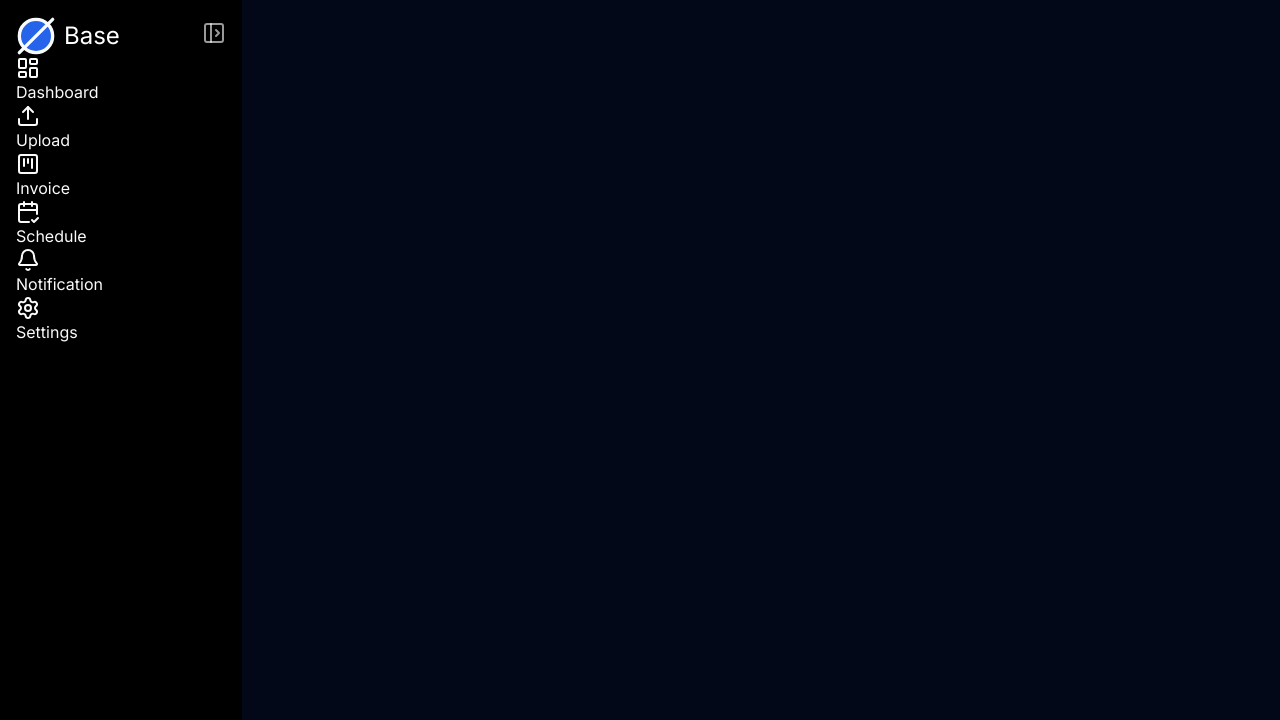
Repository: Hardyy00/openinapp_assignment
Page: /upload
These files come from the project's save history. The page is drawn as it stood at one moment and after the next save; the edit follows.
The browser window is 1280 px wide. The pictures show the whole page.
The project was rebuilt for these pictures with package versions that can differ from the ones it lists, and the page was loaded fresh each time. The framework's server and built-in components were replaced by stand-ins that run in the browser. Also part of the build but not shown: next.config.mjs.

Above is the page before, as saved 2024-08-23 21:52:54.

### app/layout.tsx
import type { Metadata } from "next";
import { Inter } from "next/font/google";
import "./globals.css";
import { ThemeProvider } from "@/components/theme-provider";
import { Switcher } from "./_components/switcher";

const inter = Inter({ subsets: ["latin"] });

export const metadata: Metadata = {
  title: "Create Next App",
  description: "Generated by create next app",
};

export default function RootLayout({
  children,
}: Readonly<{
  children: React.ReactNode;
}>) {
  return (
    <html lang="en">
      <body className={inter.className}>
        <ThemeProvider
          attribute="class"
          defaultTheme="system"
          storageKey="base"
        >
          <Switcher />
          {children}
        </ThemeProvider>
      </body>
    </html>
  );
}

### app/(browse)/layout.tsx
import { Sidebar } from "./_components";

export default function Layout({
  children,
}: Readonly<{ children: React.ReactNode }>) {
  return (
    <div className="w-full h-full flex">
      <Sidebar />
    </div>
  );
}

### app/(browse)/upload/page.tsx
import { auth } from "@/auth";

export default async function Page() {
  const session = await auth();
  return <div>{JSON.stringify(session)}</div>;
}

### app/globals.css
@tailwind base;
@tailwind components;
@tailwind utilities;

html,
body,
:root {
  height: 100%;
}

::-webkit-scrollbar {
  display: none;
}

@layer base {
  :root {
    --background: 0 0% 100%;
    --foreground: 222.2 84% 4.9%;
    --card: 0 0% 100%;
    --card-foreground: 222.2 84% 4.9%;
    --popover: 0 0% 100%;
    --popover-foreground: 222.2 84% 4.9%;
    --primary: 222.2 47.4% 11.2%;
    --primary-foreground: 210 40% 98%;
    --secondary: 210 40% 96.1%;
    --secondary-foreground: 222.2 47.4% 11.2%;
    --muted: 210 40% 96.1%;
    --muted-foreground: 215.4 16.3% 46.9%;
    --accent: 210 40% 96.1%;
    --accent-foreground: 222.2 47.4% 11.2%;
    --destructive: 0 84.2% 60.2%;
    --destructive-foreground: 210 40% 98%;
    --border: 214.3 31.8% 91.4%;
    --input: 214.3 31.8% 91.4%;
    --ring: 222.2 84% 4.9%;
    --radius: 0.5rem;
    --chart-1: 12 76% 61%;
    --chart-2: 173 58% 39%;
    --chart-3: 197 37% 24%;
    --chart-4: 43 74% 66%;
    --chart-5: 27 87% 67%;
    --back: 270 8% 95%;
  }

  .dark {
    --background: 222.2 84% 4.9%;
    --foreground: 210 40% 98%;
    --card: 222.2 84% 4.9%;
    --card-foreground: 210 40% 98%;
    --popover: 222.2 84% 4.9%;
    --popover-foreground: 210 40% 98%;
    --primary: 210 40% 98%;
    --primary-foreground: 222.2 47.4% 11.2%;
    --secondary: 217.2 32.6% 17.5%;
    --secondary-foreground: 210 40% 98%;
    --muted: 217.2 32.6% 17.5%;
    --muted-foreground: 215 20.2% 65.1%;
    --accent: 217.2 32.6% 17.5%;
    --accent-foreground: 210 40% 98%;
    --destructive: 0 62.8% 30.6%;
    --destructive-foreground: 210 40% 98%;
    --border: 217.2 32.6% 17.5%;
    --input: 217.2 32.6% 17.5%;
    --ring: 212.7 26.8% 83.9%;
    --chart-1: 220 70% 50%;
    --chart-2: 160 60% 45%;
    --chart-3: 30 80% 55%;
    --chart-4: 280 65% 60%;
    --chart-5: 340 75% 55%;
    --back: 213 20% 30%;
  }
}

@layer base {
  * {
    @apply border-border;
  }
  body {
    @apply bg-background text-foreground;
  }
}

### app/_components/switcher.tsx
"use client";

import { useTheme } from "next-themes";
import { useEffect } from "react";
import { useMediaQuery } from "usehooks-ts";

export const Switcher: React.FC = () => {
  const { setTheme } = useTheme();
  const matches = useMediaQuery("(max-width:1024px)");

  useEffect(() => {
    if (matches) {
      setTheme("light");
    } else {
      setTheme("dark");
    }
  }, [matches, setTheme]);
  return null;
};

### app/(browse)/_components/index.tsx
import { NavList } from "./nav-list";
import { Toggle } from "./toggle";

export const Sidebar: React.FC = () => {
  return (
    <div className="h-full bg-black p-4 transition-all">
      <Toggle />

      <NavList />
    </div>
  );
};

### app/(browse)/_components/nav-list.tsx
import {
  Bell,
  CalendarCheck2,
  LayoutDashboard,
  Settings,
  SquareKanban,
  Upload,
} from "lucide-react";
import { NavItem } from "./nav-item";

export const NavList: React.FC = () => {
  const links = [
    { label: "Dashboard", path: "/dashboard", icon: LayoutDashboard },
    {
      label: "Upload",
      path: "/upload",
      icon: Upload,
    },

    {
      label: "Invoice",
      path: "/invoice",
      icon: SquareKanban,
    },

    { label: "Schedule", path: "/schedule", icon: CalendarCheck2 },

    { label: "Notification", path: "/notification", icon: Bell },

    { label: "Settings", path: "/settings", icon: Settings },
  ];
  return (
    <div>
      {links.map((item, i) => (
        <NavItem key={i} {...item} />
      ))}
    </div>

    // <div>hii</div>
  );
};

### app/(browse)/_components/toggle.tsx
"use client";
import { Button } from "@/components/ui/button";
import { cn } from "@/lib/utils";
import { useSideBar } from "@/store/use-sidebar";
import { CircleSlash2, SidebarOpen } from "lucide-react";

export const Toggle = () => {
  const { collapse, onCollapse, onExpand } = useSideBar();

  const handleClick = () => {
    if (collapse) {
      onExpand();
    } else {
      onCollapse();
    }
  };
  return (
    <div
      className={cn(
        "w-[210px] flex items-center justify-between transition-all",
        collapse && "w-20"
      )}
    >
      <div className="flex items-center  space-x-2 ">
        <CircleSlash2 className="w-10 h-10 fill-blue-600 " />

        <h1 className={cn("text-white text-2xl", collapse && "hidden")}>
          Base
        </h1>
      </div>

      <div>
        <button onClick={handleClick}>
          <SidebarOpen className="stroke-white/60 hover:stroke-white transition-all" />
        </button>
      </div>
    </div>
  );
};

### app/(browse)/_components/nav-item.tsx
"use client";

import { cn } from "@/lib/utils";
import { useSideBar } from "@/store/use-sidebar";
import { LucideIcon } from "lucide-react";
import { usePathname } from "next/navigation";

interface NavItemProps {
  label: string;
  path: string;
  icon: LucideIcon;
}

export const NavItem: React.FC<NavItemProps> = ({
  icon: Icon,
  label,
  path,
}) => {
  const { collapse } = useSideBar();
  const pathName = usePathname();
  const isSame = pathName === path;

  return (
    <div className={cn("w-full")}>
      <Icon />

      <p className={cn("", isSame && "", collapse && "hidden")}>{label}</p>
    </div>
  );
};

### store/use-sidebar.ts
import { create } from "zustand";

interface Sidebar {
  collapse: boolean;

  onExpand: () => void;
  onCollapse: () => void;
}

export const useSideBar = create<Sidebar>((set) => ({
  collapse: false,
  onExpand: () => {
    set((state) => ({ collapse: false }));
  },
  onCollapse: () => {
    set((state) => ({ collapse: true }));
  },
}));

### tailwind.config.ts
import type { Config } from "tailwindcss";

const config = {
  darkMode: ["class"],
  content: [
    "./pages/**/*.{ts,tsx}",
    "./components/**/*.{ts,tsx}",
    "./app/**/*.{ts,tsx}",
    "./src/**/*.{ts,tsx}",
  ],
  prefix: "",
  theme: {
    container: {
      center: true,
      padding: "2rem",
      screens: {
        "2xl": "1400px",
      },
    },
    extend: {
      colors: {
        border: "hsl(var(--border))",
        input: "hsl(var(--input))",
        ring: "hsl(var(--ring))",
        background: "hsl(var(--background))",
        foreground: "hsl(var(--foreground))",
        primary: {
          DEFAULT: "hsl(var(--primary))",
          foreground: "hsl(var(--primary-foreground))",
        },
        secondary: {
          DEFAULT: "hsl(var(--secondary))",
          foreground: "hsl(var(--secondary-foreground))",
        },
        destructive: {
          DEFAULT: "hsl(var(--destructive))",
          foreground: "hsl(var(--destructive-foreground))",
        },
        muted: {
          DEFAULT: "hsl(var(--muted))",
          foreground: "hsl(var(--muted-foreground))",
        },
        accent: {
          DEFAULT: "hsl(var(--accent))",
          foreground: "hsl(var(--accent-foreground))",
        },
        popover: {
          DEFAULT: "hsl(var(--popover))",
          foreground: "hsl(var(--popover-foreground))",
        },
        card: {
          DEFAULT: "hsl(var(--card))",
          foreground: "hsl(var(--card-foreground))",
        },

        back: {
          DEFAULT: "hsl(var(--back))",
        },
      },
      borderRadius: {
        lg: "var(--radius)",
        md: "calc(var(--radius) - 2px)",
        sm: "calc(var(--radius) - 4px)",
      },
      keyframes: {
        "accordion-down": {
          from: { height: "0" },
          to: { height: "var(--radix-accordion-content-height)" },
        },
        "accordion-up": {
          from: { height: "var(--radix-accordion-content-height)" },
          to: { height: "0" },
        },
      },
      animation: {
        "accordion-down": "accordion-down 0.2s ease-out",
        "accordion-up": "accordion-up 0.2s ease-out",
      },
    },
  },
  plugins: [require("tailwindcss-animate")],
} satisfies Config;

export default config;

Loaded but not shown: components/theme-provider.tsx (common file); auth.ts (common file); lib/utils.ts (common file)

After the next save:
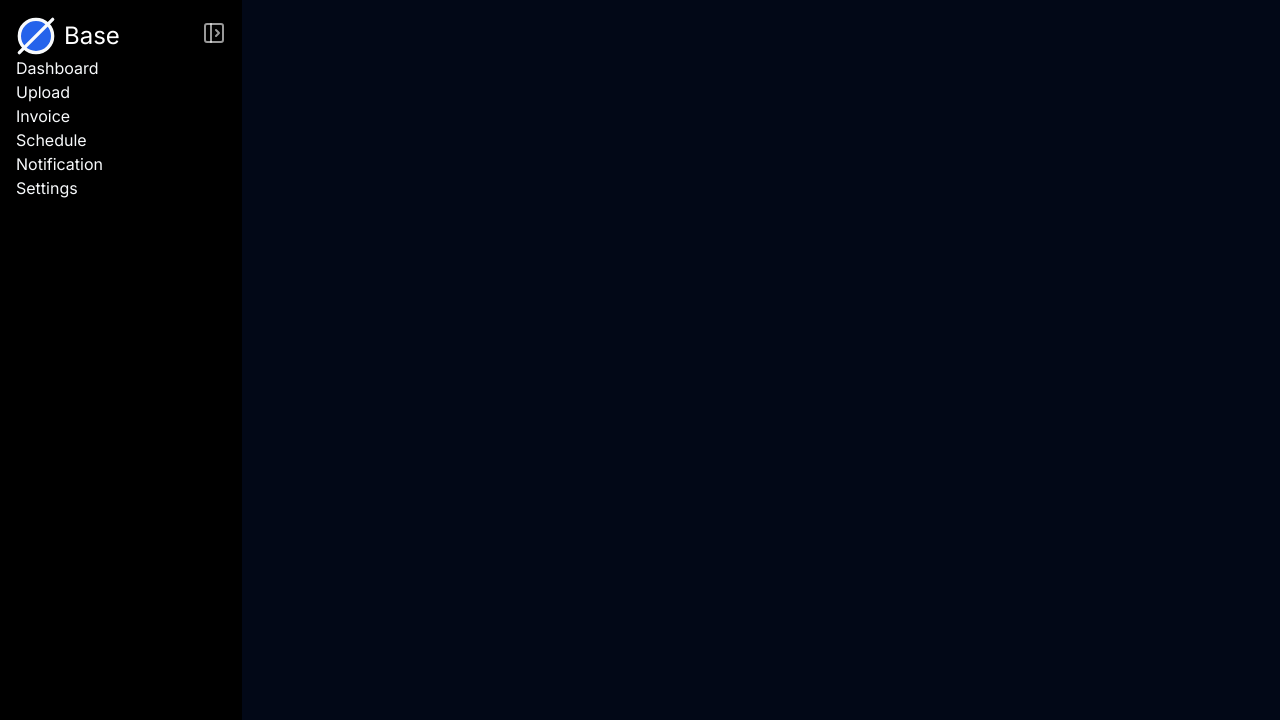
Saved 27 s later.
--- a/app/(browse)/_components/nav-item.tsx
+++ b/app/(browse)/_components/nav-item.tsx
@@ -22,7 +22,7 @@ export const NavItem: React.FC<NavItemProps> = ({
 
   return (
     <div className={cn("w-full")}>
-      <Icon />
+      {/* <Icon /> */}
 
       <p className={cn("", isSame && "", collapse && "hidden")}>{label}</p>
     </div>
